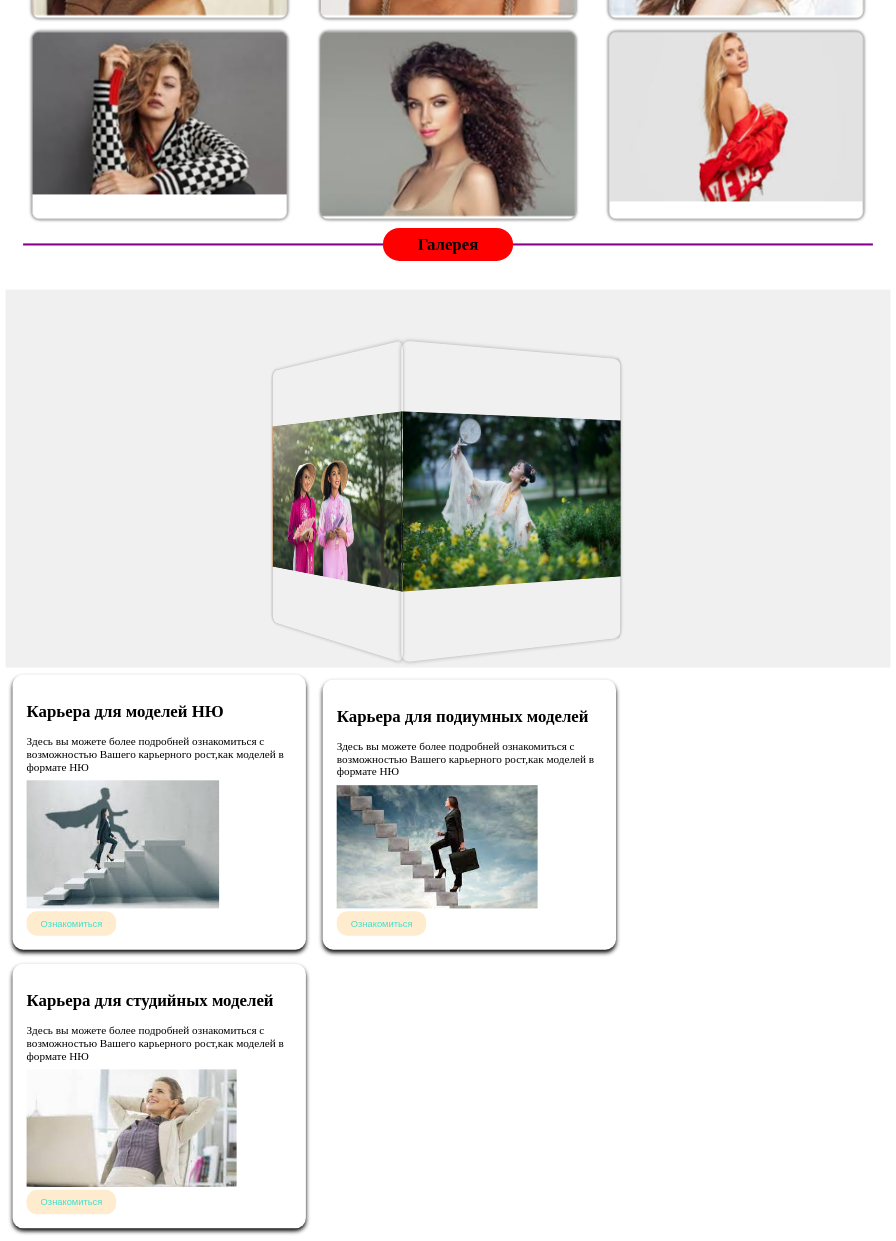
Repository: qtqqrdy13/model-studio
Page: index.html
These files come from the project's save history. The page is drawn as it stood at one moment and after the next save; the edit follows.
The browser window is 1280 px wide. The pictures show the part of the page from y = 1564 to 3484 px (the page is 3337 px tall before and 3484 px after), at 70% of full size.
A picture or video elsewhere on the page could not be fetched, so the positions and the page height are approximate.

Above is the page before, as saved 2023-09-01 13:20:51.

After the next save:
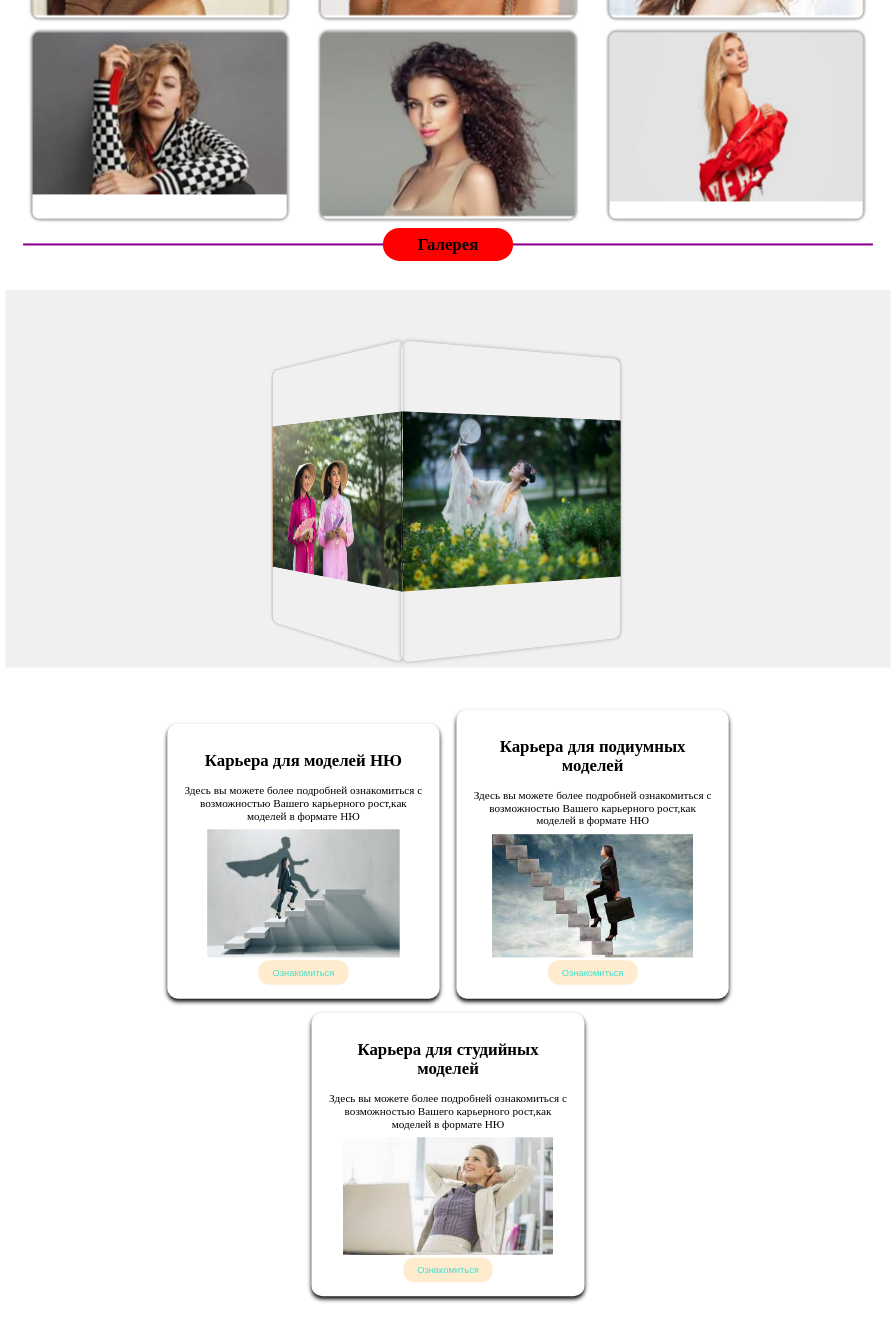
Saved 3 min 42 s later.
--- a/style.css
+++ b/style.css
@@ -357,3 +357,8 @@ transition: opacity 0.3s ease-in-out;
         color:blanchedalmond;
 
     }
+    .suction{
+        text-align:center;
+        padding: 50px;
+
+    }
